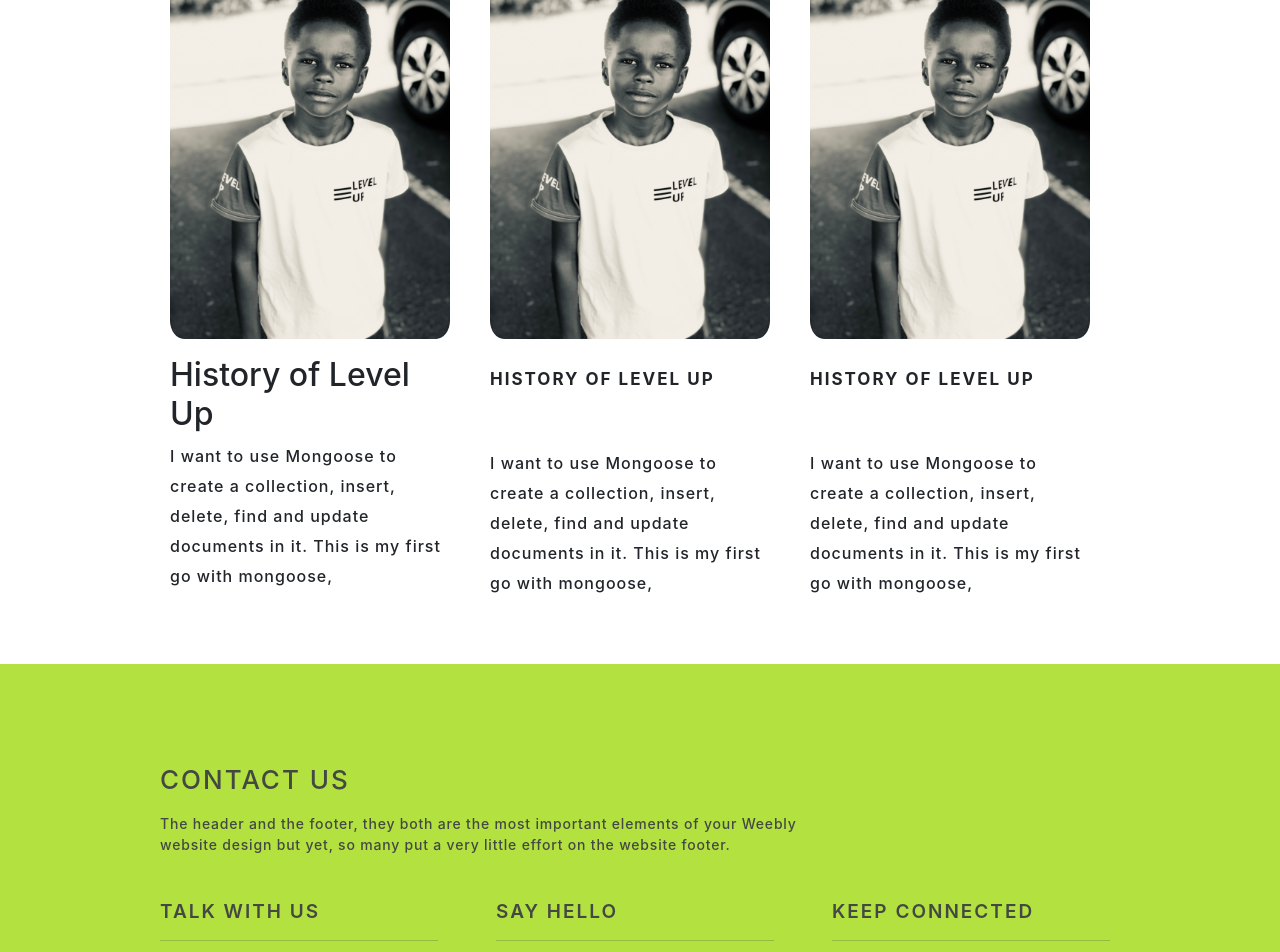
Repository: Bojurie/Level-up
Page: /about (app in client/)
The author's editor kept a copy of each file at every save. The page is drawn from the files as they stood at one save, then again after the next save.
The browser window is 1280 px wide. The pictures show the part of the page from y = 514 to 1466 px (the page is 1935 px tall).
Some web fonts or font styles are not loaded; a fallback is used. Some web libraries are served in a nearby version. The project was rebuilt for these pictures with package versions that can differ from the ones it lists, and the page was loaded fresh each time. Also part of the build but not shown: client/src/components/Carousel.js, client/src/components/HomeVlog.css, client/src/components/HomeVlog.js, client/src/components/homeProducts.css, client/src/components/HomeProducts.js, client/src/components/Card.js, client/src/components/HomeShop.css, client/src/components/HomeShop.js and 10 more. Imported but missing from the stored project, and not drawn on this page: client/src/components/Chart.

Above is the page before, as saved 2022-11-30 16:09:12.

After the next save:
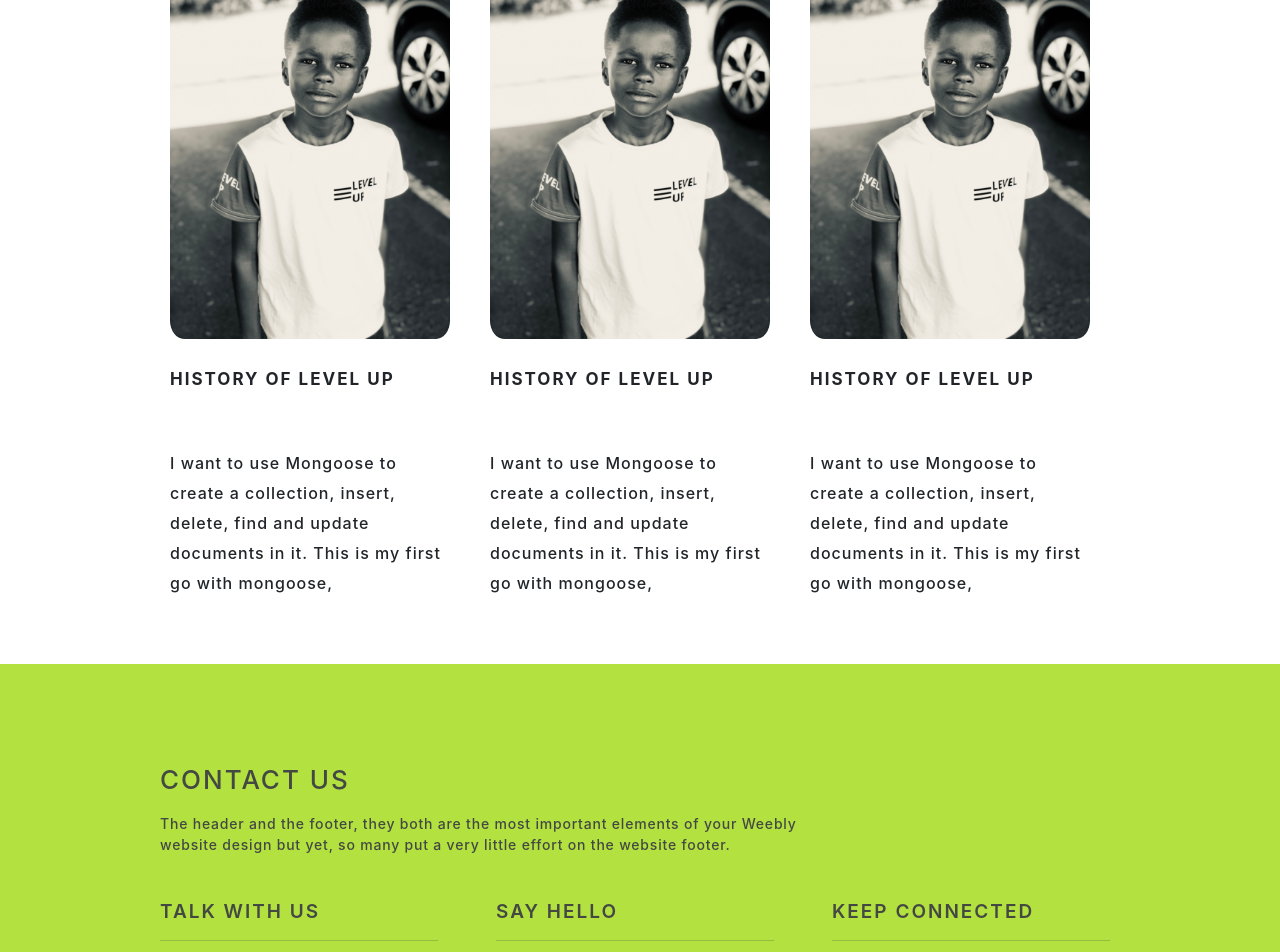
Saved 85 s later.
--- a/client/src/pages/About.js
+++ b/client/src/pages/About.js
@@ -21,7 +21,7 @@ const About = () => {
                             <img src={imgse} alt='img'/>
                         </div>
                         <div className='history-content'>
-                          <h2>History of Level Up</h2>
+                          <h1>History of Level Up</h1>
                           <p>I want to use Mongoose to create a collection, insert, delete, find and update documents in it. This is my first go with mongoose,</p>
                         </div>
                     </div>
